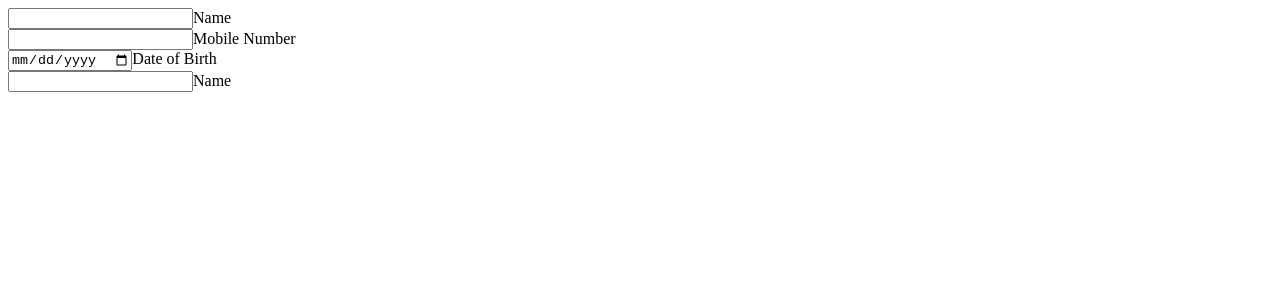
Repository: mannu343/project
Page: student/src/main/webapp/student.html
An editor plug-in stored every save of this project. The page is shown before and after the next save, followed by the edit.
The browser window is 1280 px wide. The pictures show the whole page.

Above is the page before, as saved 2023-01-31 17:06:39.

After the next save:
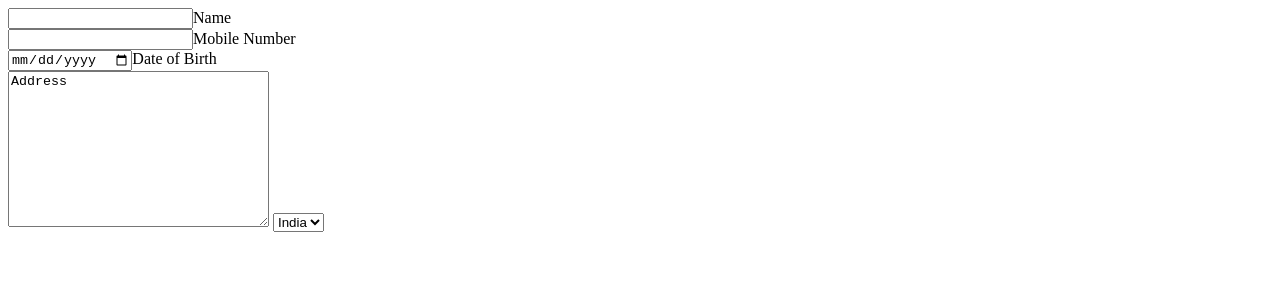
Saved 7 min 38 s later.
--- a/student/src/main/webapp/student.html
+++ b/student/src/main/webapp/student.html
@@ -9,7 +9,11 @@
 <input name="name" type="text">Name <br>
 <input name="mob" type="number">Mobile Number <br>
 <input name="dob" type="date">Date of Birth <br>
-<input name="name" type="text">Name <br>
+<textarea name="ads" rows="10" cols="30">Address</textarea>
+<select name="Contry">
+<option value="India">India</option>
+
+</select>
 
 
 
